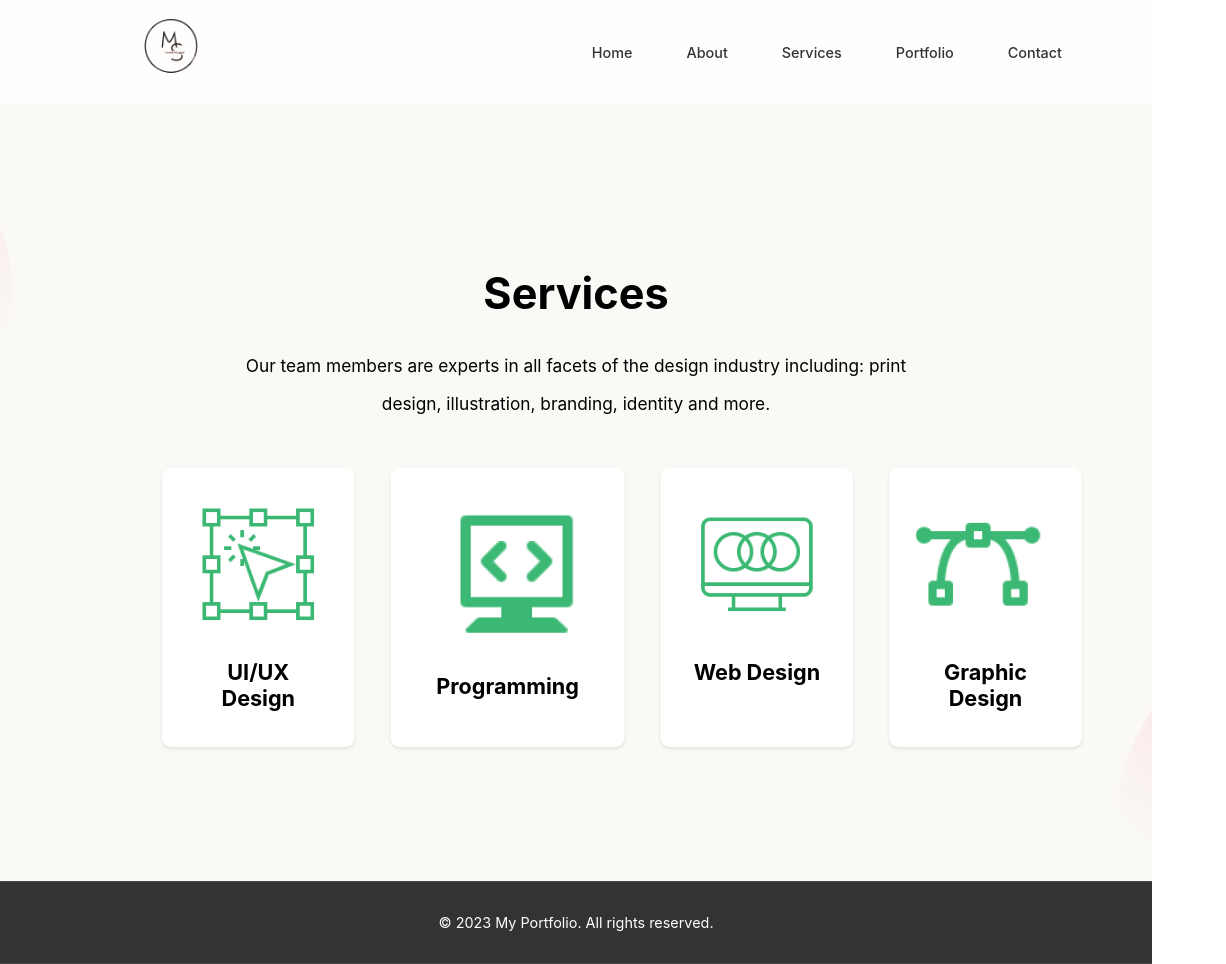
Repository: MEROO1010/Portfolio_00
Page: /services (app in portfolio_00/)
The author's editor kept a copy of each file at every save. The page is drawn from the files as they stood at one save, then again after the next save.
The browser window is 1280 px wide. The page is 1280 px wide, then 1362 px, so the pictures cover 1362 px, including what lies to the right of the window. The pictures show the whole page, at 90% of full size.
The project was rebuilt for these pictures with package versions that can differ from the ones it lists, and the page was loaded fresh each time. Also part of the build but not shown: portfolio_00/src/components/Home.jsx, portfolio_00/src/components/About.jsx, portfolio_00/src/components/Portfolio.jsx, portfolio_00/src/components/Contact.jsx.

Above is the page before, as saved 2024-11-19 10:08:35.

After the next save:
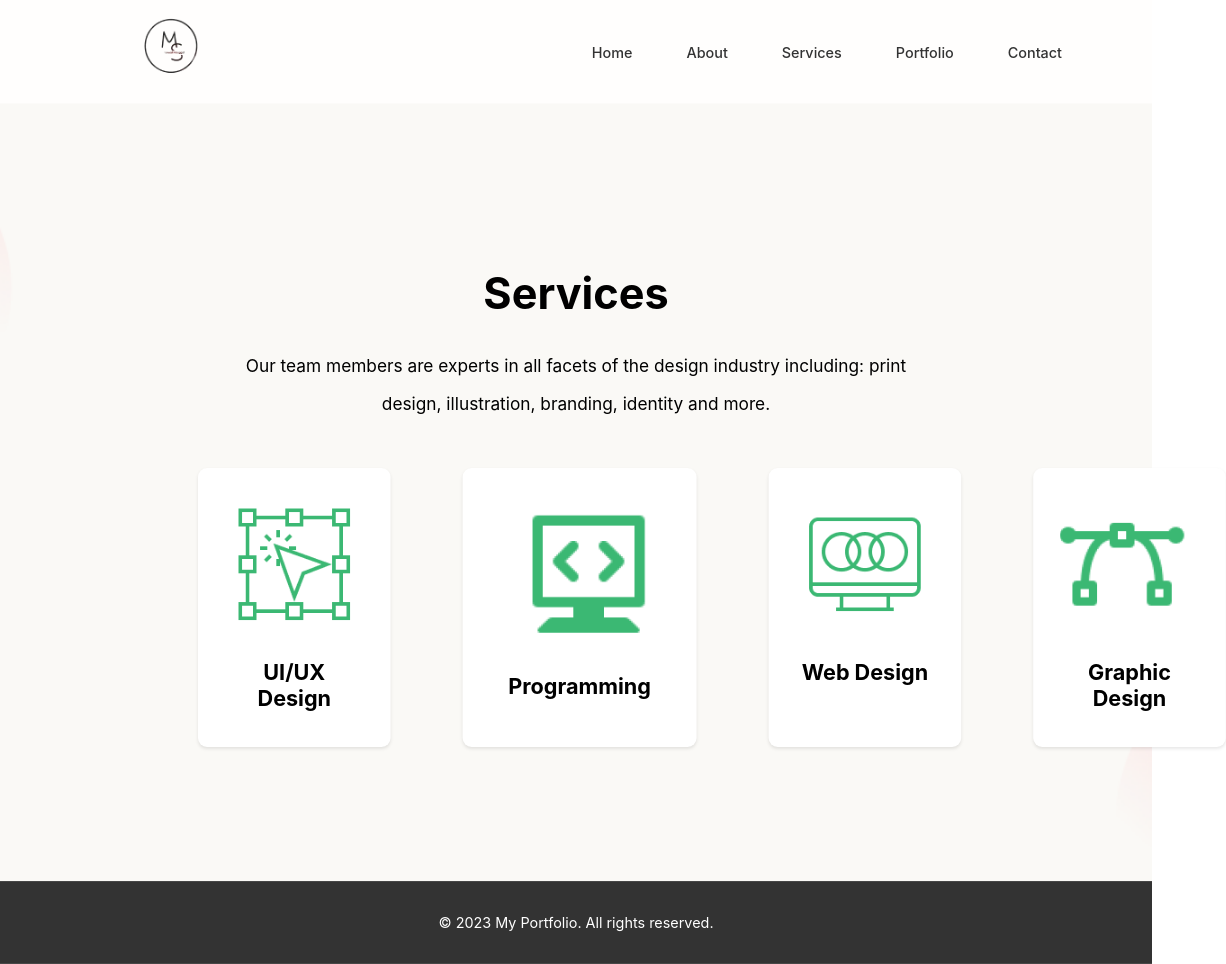
Saved 7 s later.
--- a/portfolio_00/src/components/Services.jsx
+++ b/portfolio_00/src/components/Services.jsx
@@ -48,7 +48,7 @@ const ServiceCard = styled.div`
   box-shadow: 0 2px 4px rgba(0, 0, 0, 0.1);
   text-align: center;
   width: 200px;
-  margin-left:40px;
+  margin-left:80px;
   justify-content: space-between;
 `;
 
